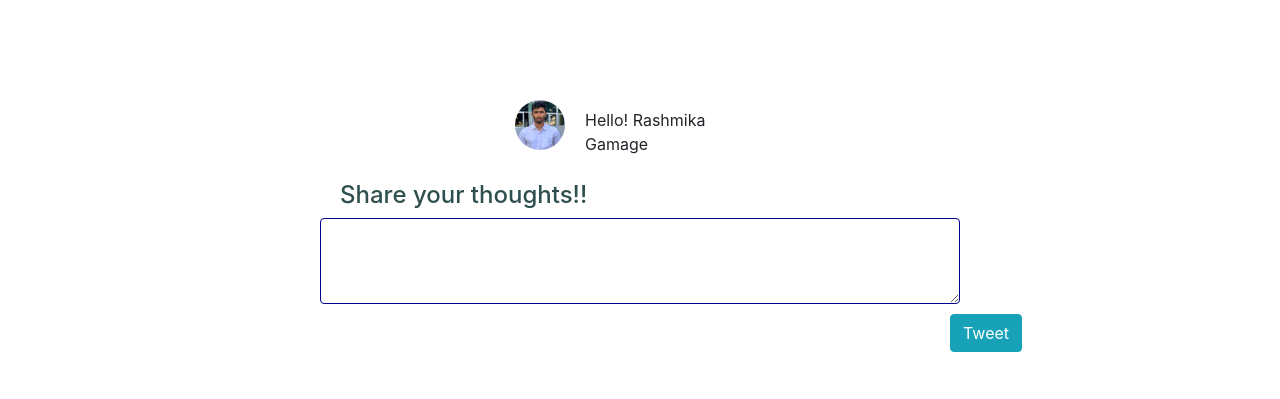
Repository: rashmikagamage/OAuth-Implementation
Page: / (app in frontend/)
An editor plug-in stored every save of this project. The page is shown before and after the next save, followed by the edit.
The browser window is 1280 px wide. The pictures show the whole page.
Some web libraries are served in a nearby version. The project was rebuilt for these pictures with package versions that can differ from the ones it lists, and the page was loaded fresh each time. Also part of the build but not shown: frontend/src/components/login.js, frontend/src/components/git-home.js, frontend/src/App.css.

Above is the page before, as saved 2021-09-08 10:47:28.

### frontend/public/index.html
<!DOCTYPE html>
<html lang="en">
  <head>
    <meta charset="utf-8" />
    <link rel="icon" href="%PUBLIC_URL%/favicon.ico" />
    <meta name="viewport" content="width=device-width, initial-scale=1" />
    <meta name="theme-color" content="#000000" />
    <meta
      name="description"
      content="Web site created using create-react-app"
    />
    <link rel="apple-touch-icon" href="%PUBLIC_URL%/logo192.png" />
    <!--
      manifest.json provides metadata used when your web app is installed on a
      user's mobile device or desktop. See https://developers.google.com/web/fundamentals/web-app-manifest/
    -->
    <link rel="manifest" href="%PUBLIC_URL%/manifest.json" />
    <link rel="stylesheet" href="https://pro.fontawesome.com/releases/v5.13.0/css/all.css">
    <link rel="shortcut icon" href="%PUBLIC_URL%/favicon.ico">
    <!--
      Notice the use of %PUBLIC_URL% in the tags above.
      It will be replaced with the URL of the `public` folder during the build.
      Only files inside the `public` folder can be referenced from the HTML.

      Unlike "/favicon.ico" or "favicon.ico", "%PUBLIC_URL%/favicon.ico" will
      work correctly both with client-side routing and a non-root public URL.
      Learn how to configure a non-root public URL by running `npm run build`.
    -->
    <link rel="stylesheet" href="https://maxcdn.bootstrapcdn.com/bootstrap/4.0.0/css/bootstrap.min.css" integrity="sha384-Gn5384xqQ1aoWXA+058RXPxPg6fy4IWvTNh0E263XmFcJlSAwiGgFAW/dAiS6JXm" crossorigin="anonymous">
    <title>React App</title>

  </head>
  <body>

    <noscript>You need to enable JavaScript to run this app.</noscript>
    <div id="root"></div>
    <!--
      This HTML file is a template.
      If you open it directly in the browser, you will see an empty page.

      You can add webfonts, meta tags, or analytics to this file.
      The build step will place the bundled scripts into the <body> tag.

      To begin the development, run `npm start` or `yarn start`.
      To create a production bundle, use `npm run build` or `yarn build`.
    -->
    <script src="https://code.jquery.com/jquery-3.2.1.slim.min.js" integrity="sha384-KJ3o2DKtIkvYIK3UENzmM7KCkRr/rE9/Qpg6aAZGJwFDMVNA/GpGFF93hXpG5KkN" crossorigin="anonymous"></script>
    <script src="https://cdnjs.cloudflare.com/ajax/libs/popper.js/1.12.9/umd/popper.min.js" integrity="sha384-ApNbgh9B+Y1QKtv3Rn7W3mgPxhU9K/ScQsAP7hUibX39j7fakFPskvXusvfa0b4Q" crossorigin="anonymous"></script>
    <script src="https://maxcdn.bootstrapcdn.com/bootstrap/4.0.0/js/bootstrap.min.js" integrity="sha384-JZR6Spejh4U02d8jOt6vLEHfe/JQGiRRSQQxSfFWpi1MquVdAyjUar5+76PVCmYl" crossorigin="anonymous"></script>
  </body>
</html>

### frontend/src/App.js
import Login from './components/login';
import GitHome from './components/git-home';
import TwitterHome from './components/twitter-home';
import {BrowserRouter as Router, Route} from "react-router-dom";
import './App.css';

function App() {
  return (

    <Router>{
      <div>
          <switch>
              <Route path="/login" component={Login}/>
              <Route path="/auth/github/callback" component={GitHome}/>
              <Route path="/" component={TwitterHome}/>
          </switch>
      </div>
  }

  </Router>
  );
}

export default App;

### frontend/src/components/twitter-home.js
import "../css/twitter.css";
import avatar from "../images/my.jpg";
import React, { useState } from "react";
const axios = require("axios").default;

function TwitterHome(props) {

  const [username,setUserName] = useState("Rashmika Gamage");
    function tweet(){

    }
  return (
    <div>
      <div class="container avatar-cont">
        <div class="row">
          <div class="col-sm-3">
          <img src={avatar} alt="Avatar" class="avatar"></img>
          </div>
          <div class="col-sm mt-2">
          Hello! {username}
          </div>
        </div>
      </div>

      <h4 class="tweetHeader">Share your thoughts!!</h4>
         <textarea class="form-control text" id="exampleFormControlTextarea1" rows="3"></textarea>
        <button type="button" class="btn btn-info twt-button" onClick={() => tweet()} >Tweet</button>
    </div>
  );
}

export default TwitterHome;

### frontend/src/css/twitter.css
.login{
    width: 240px;
    margin-top: 50px;
    margin-left: 450px;
}
.margin5{
    margin-top: 55px;
}
.buttonSize{
    width: 250px;
    margin-left: 50px;
}
.text{
    margin: auto;
  width: 50%;
  border-color: darkblue;
}
.tweetHeader{
    color:darkslategrey;
    margin-left: 340px;
    margin-top: 10px;
}

.twt-button{
    margin-top: 10px;
    margin-left: 950px;
}

.avatar {
    vertical-align: middle;
    width: 50px;
    height: 50px;
    border-radius: 50%;
  }

.avatar-cont{
    width: 280px;
    margin-top: 100px;
    margin-bottom: 25px;
}

Loaded but not shown: frontend/src/index.js (common file); frontend/src/index.css (common file); frontend/src/reportWebVitals.js (common file)

After the next save:
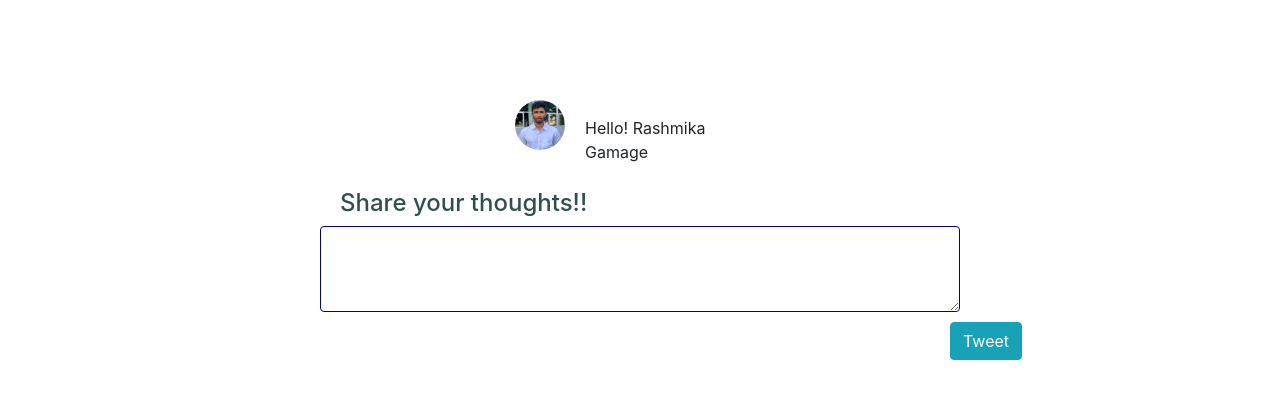
Saved 11 s later.
--- a/frontend/src/components/twitter-home.js
+++ b/frontend/src/components/twitter-home.js
@@ -16,7 +16,7 @@ function TwitterHome(props) {
           <div class="col-sm-3">
           <img src={avatar} alt="Avatar" class="avatar"></img>
           </div>
-          <div class="col-sm mt-2">
+          <div class="col-sm mt-3">
           Hello! {username}
           </div>
         </div>
